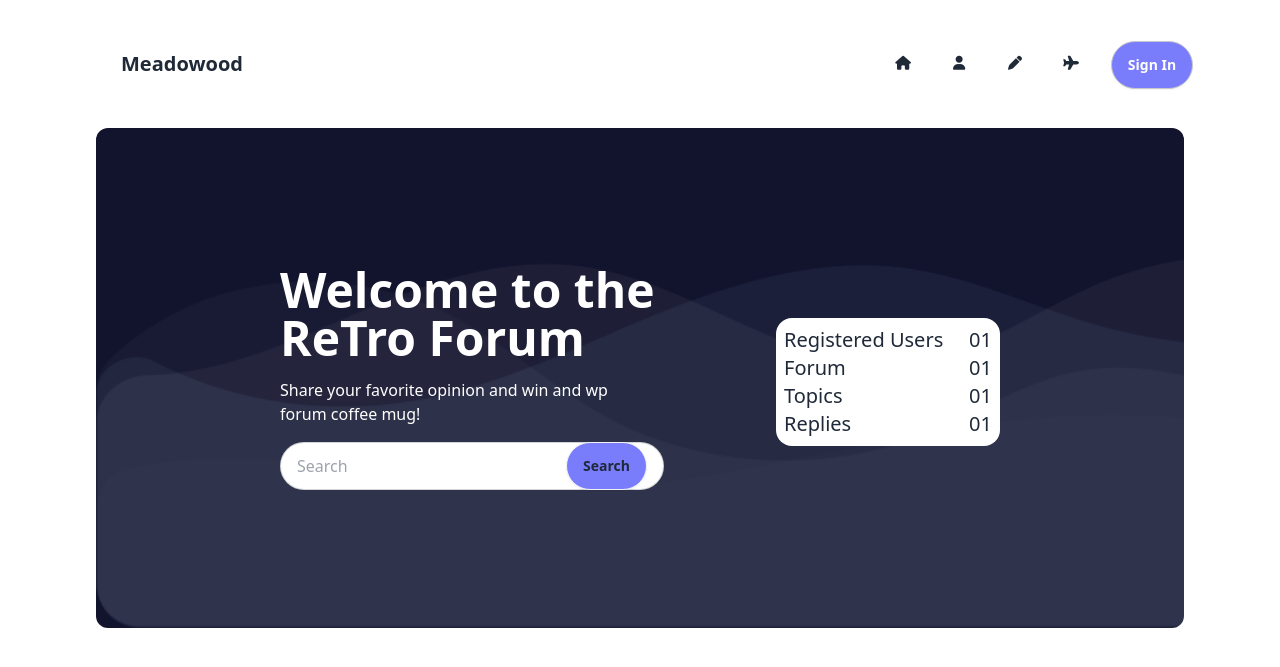
Repository: RudrasahaDibos/Meadowood-Forum
Page: index.html
These files come from the project's save history. The page is drawn as it stood at one moment and after a run of saves; the edit follows.
The browser window is 1280 px wide. The pictures show the whole page.
Some web libraries are served in a nearby version.

Above is the page before, as saved 2024-11-24 12:59:21.

### index.html
<!DOCTYPE html>
<html lang="en">
    <head>
        <meta charset="UTF-8">
        <meta name="viewport" content="width=device-width, initial-scale=1.0">
        <title>Meadowood Forum</title>

        <!-- tailwind  -->
        <link
            href="https://cdn.jsdelivr.net/npm/daisyui@4.12.14/dist/full.min.css"
            rel="stylesheet" type="text/css" />
        <script src="https://cdn.tailwindcss.com"></script>

        <!-- font awesome  -->
        <link rel="stylesheet"
            href="https://cdnjs.cloudflare.com/ajax/libs/font-awesome/6.7.1/css/all.min.css"
            integrity="sha512-5Hs3dF2AEPkpNAR7UiOHba+lRSJNeM2ECkwxUIxC1Q/FLycGTbNapWXB4tP889k5T5Ju8fs4b1P5z/iB4nMfSQ=="
            crossorigin="anonymous" referrerpolicy="no-referrer" />

    </head>
    <body class="container mx-auto lg:px-24 px-8">
        <!-- header is start here  -->
        <header class="mt-8">
            <!-- navbar is start here  -->
            <div class="navbar bg-base-100">
                <div class="flex-1">
                    <a class="btn btn-ghost text-xl">Meadowood</a>
                </div>
                <div class="flex-none">
                    <div class="dropdown dropdown-end mr-6">
                        <div  role="button"
                            class="btn btn-ghost btn-circle flex w-full  ">
                            <div class="indicator rounded-full border-1 h-8 w-8 mr-4 tooltip" data-tip="home">
                                <i class="fa-solid fa-house h-5 w-5 mx-auto mt-2"></i>
                            </div>
                            <div class="indicator rounded-full border-1 h-8 w-8 mr-4 tooltip" data-tip="User">
                                <i class="fa-solid fa-user h-5 w-5 mx-auto mt-2"></i>
                            </div>
                            <div class="indicator rounded-full border-1 h-8 w-8 mr-4 tooltip" data-tip="pen">
                                <i class="fa-solid fa-pen h-5 w-5 mx-auto mt-2"></i>
                            </div>
                            <div class="indicator rounded-full border-1 h-8 w-8 mr-4 tooltip" data-tip="flight">
                                <i class="fa-solid fa-plane h-5 w-5 mx-auto mt-2"></i>
                            </div>
                        </div>

                    </div>
                    <div class="dropdown dropdown-end">
                        <div tabindex="0" role="button"
                            class="btn btn-ghost btn-circle avatar">

                                <button class="btn btn-active bg-[#797DFC] text-white rounded-full ">Sign In</button>

                        </div>
                        <ul
                            tabindex="0"
                            class="menu menu-sm dropdown-content bg-base-100 rounded-box z-[1] mt-3 w-52 p-2 shadow">
                            <li>
                                <a class="justify-between">
                                    Profile
                                    <span class="badge">New</span>
                                </a>
                            </li>
                            <li><a>Settings</a></li>
                            <li><a>Logout</a></li>
                        </ul>
                    </div>
                </div>
            </div>
            <!-- navbar is  end here  -->

             <!-- bannner start here  -->
             <div class="lg:w-full w-[450px] relative bg-no-repeat bg-cover h-[500px] z-0 rounded-xl overflow-hidden mt-8 bg-[#12132D]" style="background-image: url('/images/bgbanner.png');">
                <div class="relative top-0 left-0 w-full h-full z-10  flex lg:flex-row flex-col justify-center items-center gap-28 space-y-2">

                  <div class="space-y-4">
                    <h2 class="text-5xl font-extrabold font-manrope text-white">Welcome to the <br> ReTro Forum</h2>
                    <p class="text-white">Share your favorite opinion and win and wp <br> forum coffee mug!</p>
                    <label class="input input-bordered flex items-center gap-2 w-96 rounded-full">
                        <input type="text" class="grow" placeholder="Search" />
                         <button class="btn bg-[#797DFC] rounded-full">Search</button>
                      </label>
                  </div>

                   <div>
                    <ul class="menu bg-[#FFFFFF] rounded-box w-56">

                        <div class="flex justify-between"><a class="text-xl ">Registered Users</a><a class="text-xl ">01</a></div>
                        <div class="flex justify-between"><a class="text-xl ">Forum</a><a class="text-xl">01</a></div>
                        <div class="flex justify-between"><a class="text-xl ">Topics</a><a class="text-xl">01</a></div>
                        <div class="flex justify-between"><a class="text-xl ">Replies</a><a class="text-xl ">01</a></div>
                      </ul>
                   </div>

                </div>
                </div>
             <!-- bannner end here  -->




        </header>
        <!-- header is end here  -->

        <!-- main is start here  -->
        <main>

        </main>
        <!-- main is end here  -->

        <!-- footer is start here  -->

        <!-- footer is end here  -->
    </body>
</html>

After the next 2 saves:
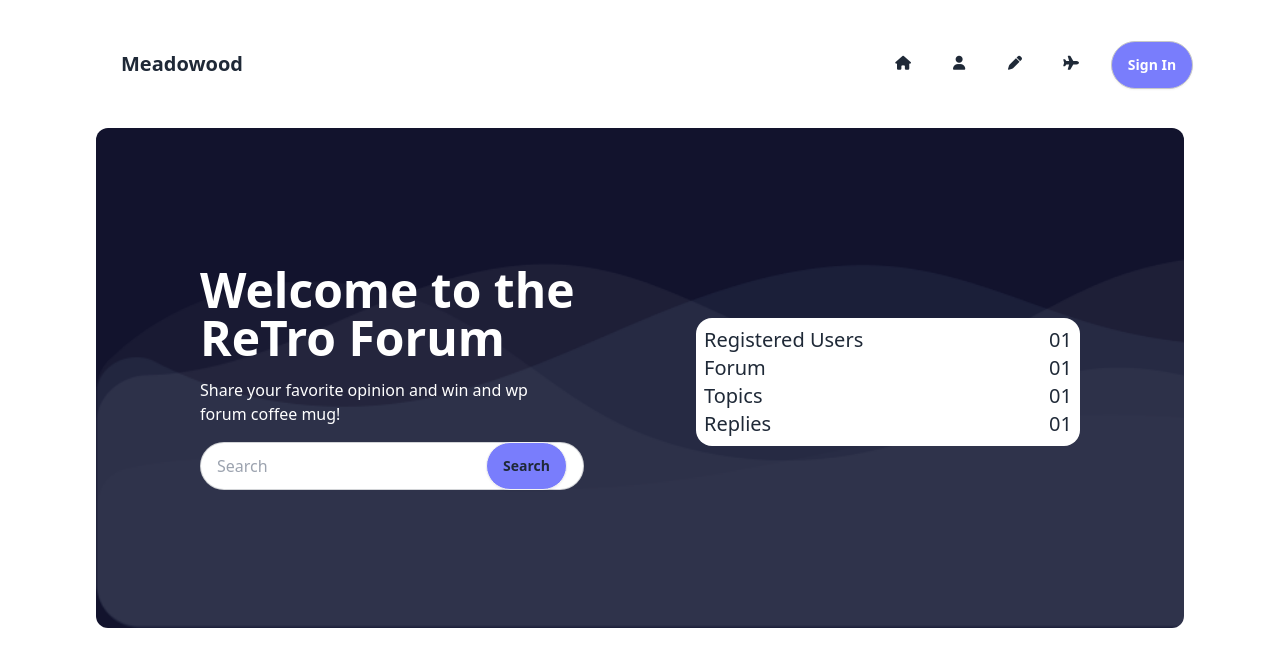
The 2 saves are shown as one change because they came seconds apart.
The last was saved 16 min 56 s later.
--- a/index.html
+++ b/index.html
@@ -83,7 +83,7 @@
                   </div>
 
                    <div>
-                    <ul class="menu bg-[#FFFFFF] rounded-box w-56">
+                    <ul class="menu bg-[#FFFFFF] rounded-box w-96">
 
                         <div class="flex justify-between"><a class="text-xl ">Registered Users</a><a class="text-xl ">01</a></div>
                         <div class="flex justify-between"><a class="text-xl ">Forum</a><a class="text-xl">01</a></div>
